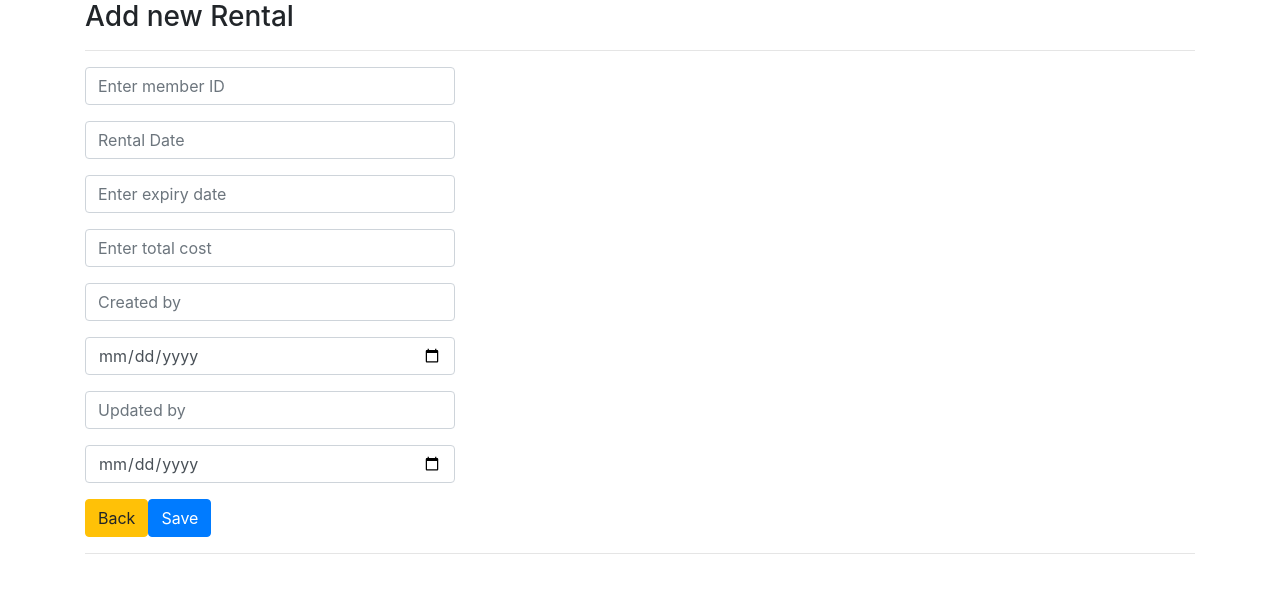
Repository: messimacky/Movie-Rental-System-Front-End
Page: /add-rental
These files come from the project's save history. The page is drawn as it stood at one moment and after the next save; the edit follows.
The browser window is 1280 px wide. The pictures show the whole page.
The project was rebuilt for these pictures with package versions that can differ from the ones it lists, and the page was loaded fresh each time. Also part of the build but not shown: src/services/movie.service.js, src/components/AddMovie.js, src/components/MoviesList.js, src/components/NotFound.js, src/components/login/Login.js, src/services/customer.service.js, src/components/AddCustomer.js, src/components/CustomerList.js and 4 more.

Above is the page before, as saved 2022-04-21 14:21:55.

After the next save:
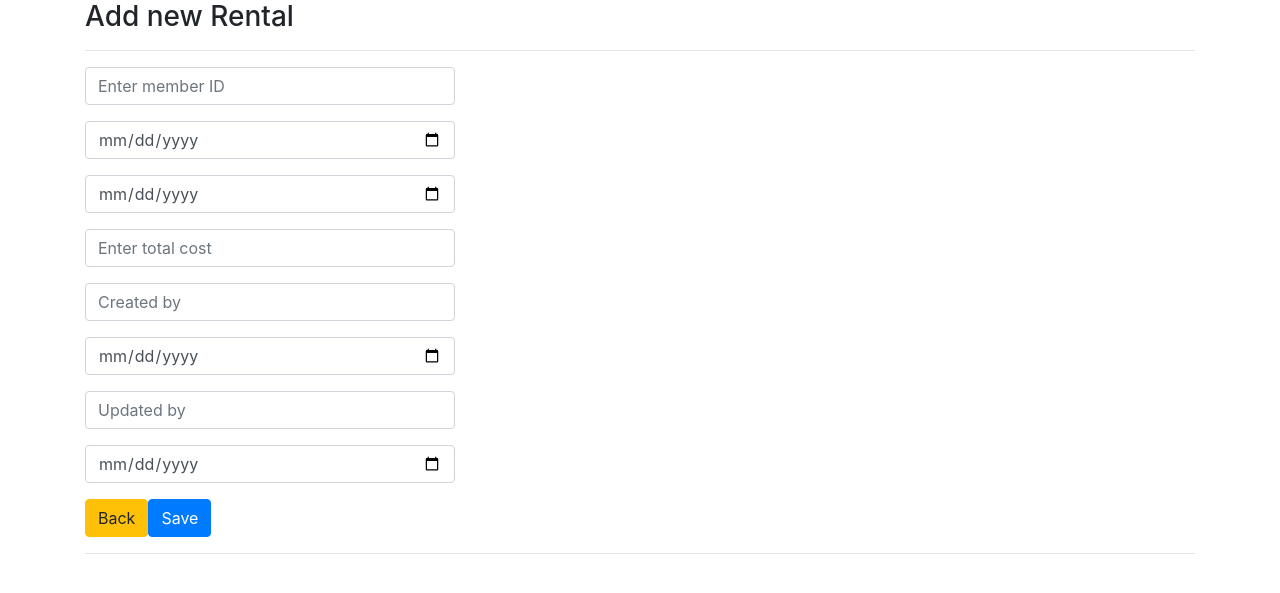
Saved 3 min 39 s later.
--- a/src/components/AddRental.js
+++ b/src/components/AddRental.js
@@ -92,7 +92,7 @@ const AddRental = () => {
                 </div>
                 <div className="form-group">
                     <input
-                        type="text"
+                        type="date"
                         className="form-control col-4"
                         id="rental_date"
                         value={rental_date}
@@ -103,7 +103,7 @@ const AddRental = () => {
 
                 <div className="form-group">
                     <input
-                        type="text"
+                        type="date"
                         className="form-control col-4"
                         id="rental_expiry"
                         value={rental_expiry}
